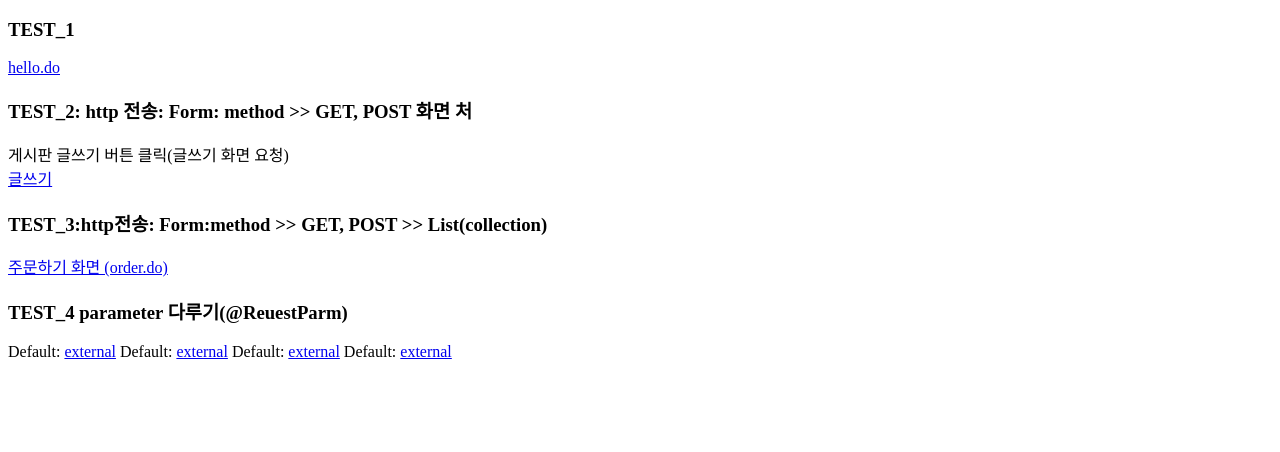
Repository: Ahn-Seung-ju/SpringLab
Page: SpringMVC_Basic03_Annotation/src/main/webapp/main.html
These files come from the project's save history. The page is drawn as it stood at one moment and after the next save; the edit follows.
The browser window is 1280 px wide. The pictures show the whole page.

Above is the page before, as saved 2021-05-06 03:24:21.

After the next save:
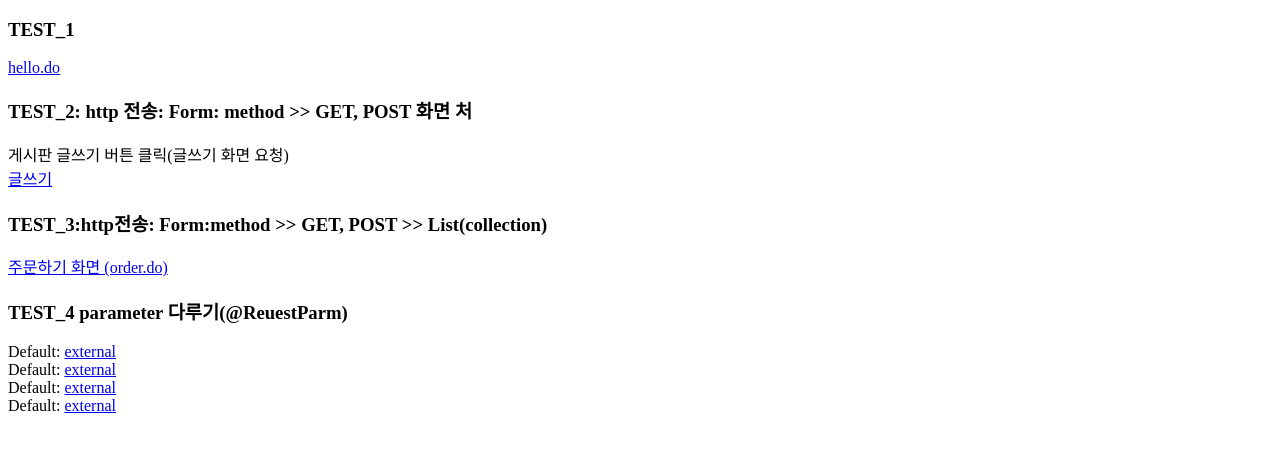
Saved 44 s later.
--- a/SpringMVC_Basic03_Annotation/src/main/webapp/main.html
+++ b/SpringMVC_Basic03_Annotation/src/main/webapp/main.html
@@ -16,9 +16,9 @@
 	<a href = "order/order.do">주문하기 화면 (order.do)</a>
 
 	<h3>TEST_4 parameter 다루기(@ReuestParm)</h3>
-	Default: <a href = "search/external.do">external</a>
-	Default: <a href = "search/external.do?p">external</a>
-	Default: <a href = "search/external.do?query=100">external</a>
-	Default: <a href = "search/external.do?p=200">external</a>
+	Default: <a href = "search/external.do">external</a><br>
+	Default: <a href = "search/external.do?p">external</a><br>
+	Default: <a href = "search/external.do?query=100">external</a><br>
+	Default: <a href = "search/external.do?p=200">external</a><br>
 </body>
 </html>
